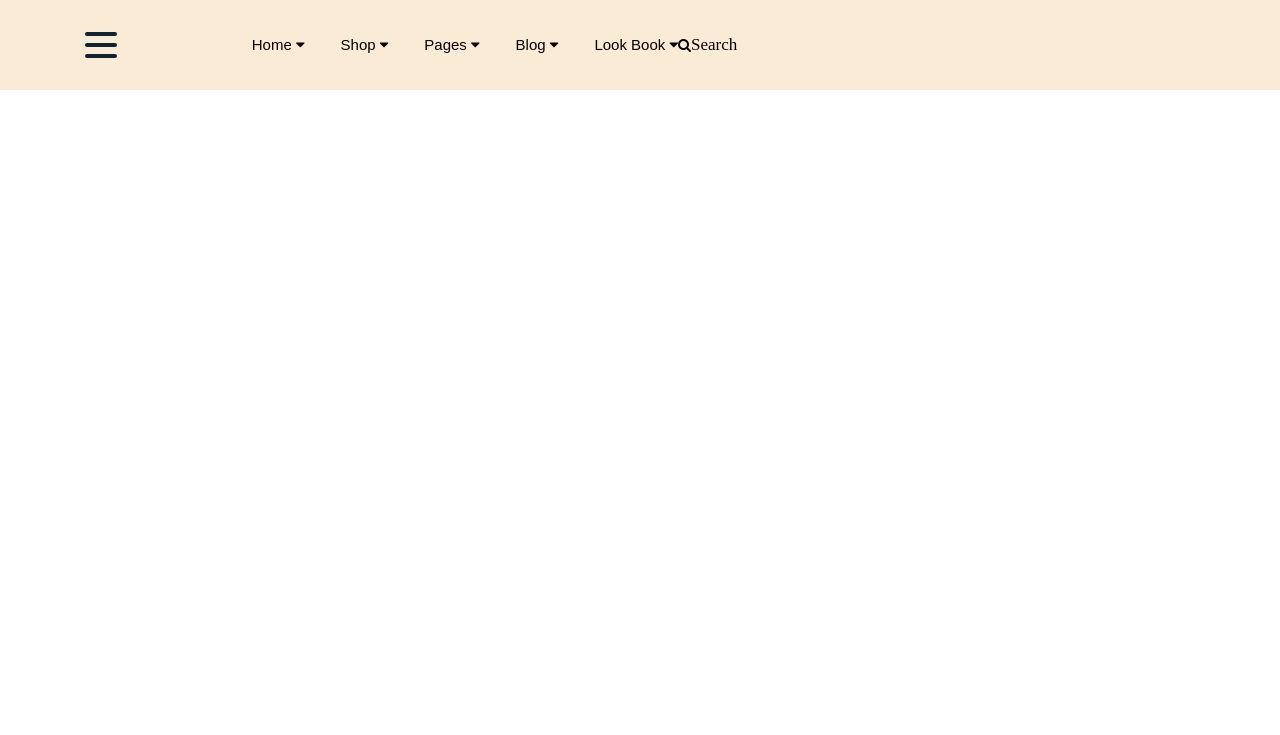
Repository: MorgunovaAlexandra/beauti
Page: index.html
The author's editor kept a copy of each file at every save. The page is drawn from the files as they stood at one save, then again after a run of saves.
The browser window is 1280 px wide. The pictures show the whole page.

Above is the page before, as saved 2022-08-24 14:13:50.

### index.html
<!DOCTYPE html>
<html lang="en">
<head>
    <meta charset="UTF-8">
    <meta http-equiv="X-UA-Compatible" content="IE=edge">
    <meta name="viewport" content="width=device-width, initial-scale=1.0">
    <link rel="stylesheet" href="./style.css">
    <link rel="stylesheet" href="https://cdnjs.cloudflare.com/ajax/libs/font-awesome/4.7.0/css/font-awesome.min.css">
    <title>Document</title>
</head>
<body>
    <div class="wrapper">
        <header class="header">
            <div class="header-container _container">
            <nav class="header-nav">

                    <div class="navbar">
                      <div class="container nav-container">
                          <input class="checkbox" type="checkbox" name="" id="" />
                          <div class="hamburger-lines">
                            <span class="line line1"></span>
                            <span class="line line2"></span>
                            <span class="line line3"></span>
                          </div>

                        <div class="menu-items">
                          <li><a href="#">Home</a></li>
                          <li><a href="#">about</a></li>
                          <li><a href="#">blogs</a></li>
                          <li><a href="#">portfolio</a></li>
                          <li><a href="#">contact</a></li>
                        </div>
                      </div>
                    </div>

                <div class="dropdown">
                    <button class="dropbtn">Home
                      <i class="fa fa-caret-down faa"></i>
                    </button>
                    <div class="dropdown-content">
                      <a href="#">Link 1</a>
                      <a href="#">Link 2</a>
                      <a href="#">Link 3</a>
                    </div>
                  </div>
                  <div class="dropdown">
                    <button class="dropbtn">Shop
                      <i class="fa fa-caret-down faa"></i>
                    </button>
                    <div class="dropdown-content">
                      <a href="#">Link 1</a>
                      <a href="#">Link 2</a>
                      <a href="#">Link 3</a>
                      <a href="#">Link 1</a>
                      <a href="#">Link 2</a>
                      <a href="#">Link 3</a>
                    </div>
                  </div>
                  <div class="dropdown">
                    <button class="dropbtn">Pages
                      <i class="fa fa-caret-down faa"></i>
                    </button>
                    <div class="dropdown-content">
                      <a href="#">Link 1</a>
                      <a href="#">Link 2</a>
                      <a href="#">Link 3</a>
                    </div>
                  </div>
                  <div class="dropdown">
                    <button class="dropbtn">Blog
                      <i class="fa fa-caret-down faa"></i>
                    </button>
                    <div class="dropdown-content">
                      <a href="#">Link 1</a>
                      <a href="#">Link 2</a>
                      <a href="#">Link 3</a>
                    </div>
                  </div>
                  <div class="dropdown">
                    <button class="dropbtn">Look Book
                      <i class="fa fa-caret-down faa"></i>
                    </button>
                    <div class="dropdown-content">
                      <a href="#">Link 1</a>
                      <a href="#">Link 2</a>
                      <a href="#">Link 3</a>
                    </div>
                  </div>
                  <div class="dropdown search">
                    <i class="fa-solid fa-magnifying-glass search-lupa"></i>
                   <div>Search</div>
                  </div>
            </nav>
            </div>
        </header>
    </div>
</body>
</html>

### style.css
* {
	margin: 0;
	padding: 0;
	border: 0;
	box-sizing: border-box;
}
:before,:after{
	padding: 0;
	margin: 0;
	border: 0;
	box-sizing: border-box;
}
html,body{
	height: 100%;
    font-family: 'SofiaProRegular';
	font-size: 18px;
	font-weight: 400;
}

.wrapper{
	width: 100%;
	overflow: hidden;

}
._container{
	max-width: 1170px;
	margin: 0px auto;
	padding: 0px 10px;
}
._container{
	max-width: 1170px;
	margin: 0px auto;
	padding: 0px 10px;
}
/*--------------------------*/
.header {
	font-family: 'TTCommons-Medium';
	position: absolute;/*---------изменено-----------------*/
	width: 100%;
	top: 0;
	left: 0;
	z-index: 50;
	font-size: 17px;
    height: 90px;
    background-color: antiquewhite;

}
.menu-list{
    display: flex;

    align-items: center;
    height: 90px;

}

a{
   position: relative;
    text-decoration: none;
    color:rgb(37, 37, 37);
    margin-left: 40px;
}
.header-nav{
    display: flex;

    align-items: center;
    height: 90px;
}
.faa:hover{
    animation: move .3s ease-in;
    transform: rotate(180deg) scaleX(-1);
}
@keyframes move {
    from {
        transform: rotate(0deg) scaleX(-1);

    }
    50% {transform: rotate(90deg) scaleX(-1);}
    to {
        transform: rotate(180deg) scaleX(-1);
    }
  }
.dropbtn{
    font-size: 20px;
    background-color: rgb(156, 153, 153,0) ;
    margin-left: 36px;
    font-size: 15px;
}
.dropdown-content{
    display: none;
    position: absolute;
    background-color: #f9f9f9;
    min-width: 160px;
    z-index: 1;
}
.dropdown-content a {
    float: none;
    color: rgb(156, 153, 153);
    padding: 12px 16px;
    text-decoration: none;
    display: block;
    text-align: left;
}
.dropdown-content a:hover {
    color: rgb(67, 66, 66);
}

.dropdown:hover .dropdown-content {
    display: block;
}
/*=======humburger=======*/
.nav-container {
    display: flex;
    justify-content: space-between;
    align-items: center;
    height: 62px;
  }

  .navbar .menu-items {
    display: flex;
  }

  .navbar .nav-container li {
    list-style: none;
  }

  .navbar .nav-container a {
    text-decoration: none;
    color: #0e2431;
    font-weight: 500;
    font-size: 1.2rem;
    padding: 0.7rem;
  }

  .navbar .nav-container a:hover{
      font-weight: bolder;
  }

  .nav-container {
    display: block;
    position: relative;
    height: 60px;
  }

  .nav-container .checkbox {
    position: absolute;
    display: block;
    height: 32px;
    width: 32px;
    top: 20px;
    left: 20px;
    z-index: 5;
    opacity: 0;
    cursor: pointer;
  }

  .nav-container .hamburger-lines {
    display: block;
    height: 26px;
    width: 32px;
    position: absolute;
    top: 17px;
    left: 20px;
    z-index: 2;
    display: flex;
    flex-direction: column;
    justify-content: space-between;
  }

  .nav-container .hamburger-lines .line {
    display: block;
    height: 4px;
    width: 100%;
    border-radius: 10px;
    background: #0e2431;
  }

  .nav-container .hamburger-lines .line1 {
    transform-origin: 0% 0%;
    transition: transform 0.4s ease-in-out;
  }

  .nav-container .hamburger-lines .line2 {
    transition: transform 0.2s ease-in-out;
  }

  .nav-container .hamburger-lines .line3 {
    transform-origin: 0% 100%;
    transition: transform 0.4s ease-in-out;
  }

  .navbar .menu-items {
    padding-top: 120px;
    box-shadow: inset 0 0 2000px rgba(255, 255, 255, .5);
    height: 100vh;
    width: 100%;
    transform: translate(-150%);
    display: flex;
    flex-direction: column;
    margin-left: -40px;
    padding-left: 50px;
    transition: transform 0.5s ease-in-out;
    text-align: center;
  }

  .navbar .menu-items li {
    margin-bottom: 1.2rem;
    font-size: 1.5rem;
    font-weight: 500;
  }

  .logo {
    position: absolute;
    top: 5px;
    right: 15px;
    font-size: 1.2rem;
    color: #0e2431;
  }

  .nav-container input[type="checkbox"]:checked ~ .menu-items {
    transform: translateX(0);
  }

  .nav-container input[type="checkbox"]:checked ~ .hamburger-lines .line1 {
    transform: rotate(45deg);
  }

  .nav-container input[type="checkbox"]:checked ~ .hamburger-lines .line2 {
    transform: scaleY(0);
  }

  .nav-container input[type="checkbox"]:checked ~ .hamburger-lines .line3 {
    transform: rotate(-45deg);
  }

  .nav-container input[type="checkbox"]:checked ~ .logo{
    display: none;
  }
  .search{
    display: flex;
    align-items: center;
    ma
  }
  .search-lupa{

    font: normal normal normal 14px/1 FontAwesome;
  }
  .search-lupa::before{
    content: "\f002";
  }

After the next 2 saves:
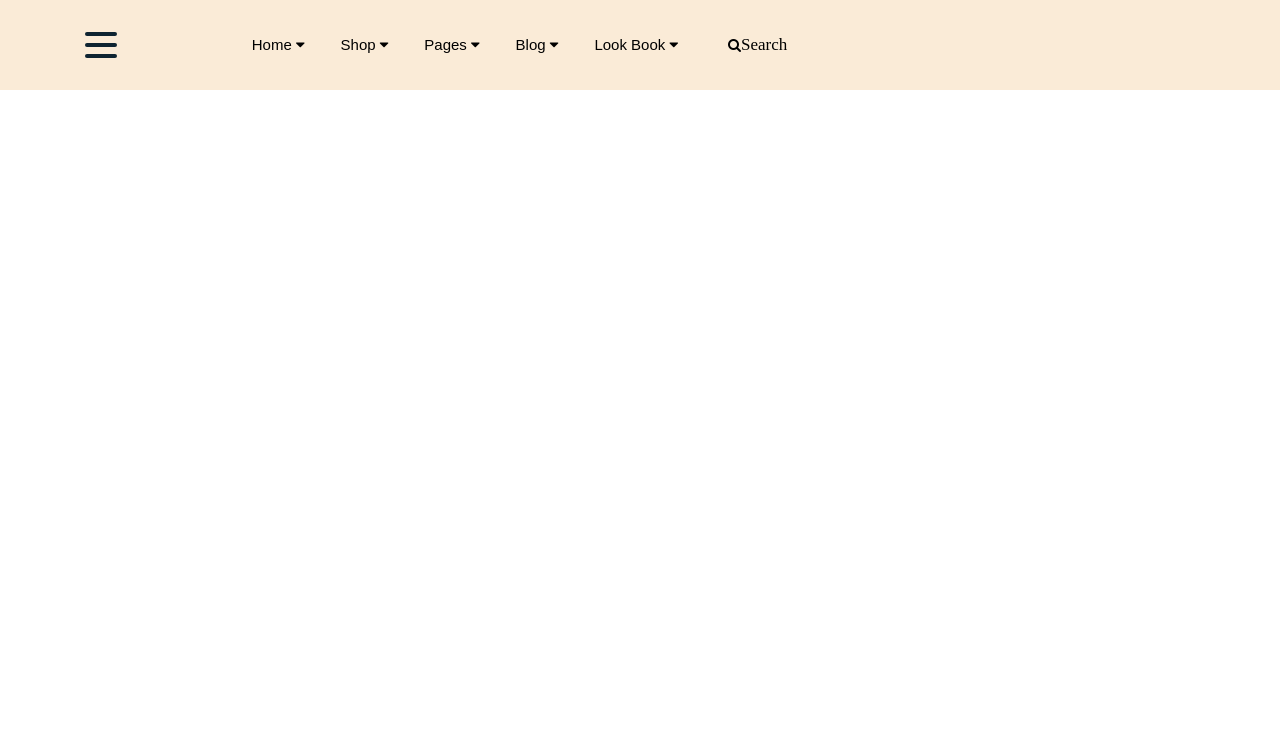
The 2 saves are shown as one change because they came seconds apart.
The last was saved 10 s later.
--- a/style.css
+++ b/style.css
@@ -238,7 +238,7 @@ a{
   .search{
     display: flex;
     align-items: center;
-    ma
+    margin-left: 50px;
   }
   .search-lupa{
 
